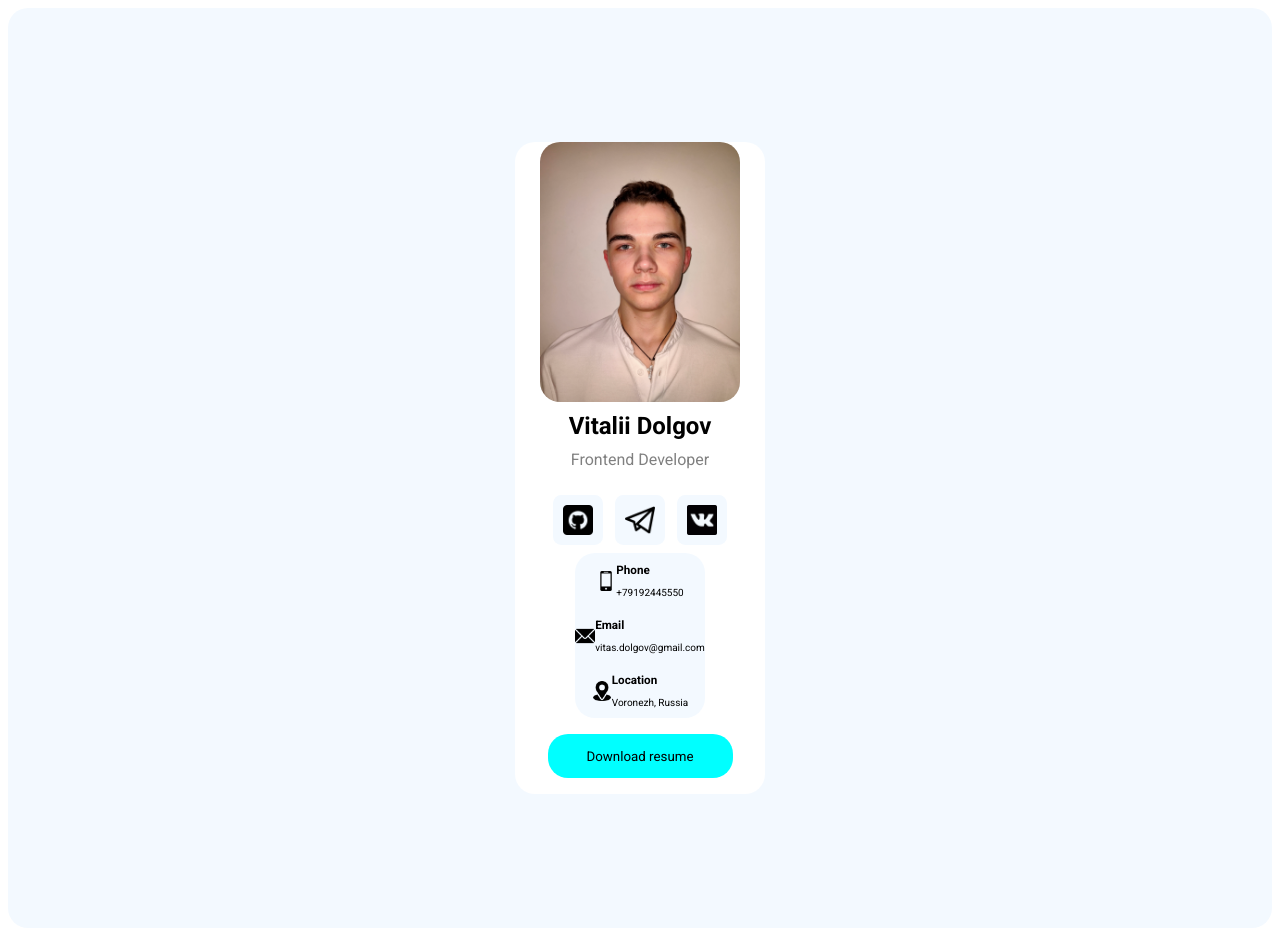
Repository: VitasYo/User_card
Page: src/index.html
These files come from the project's save history. The page is drawn as it stood at one moment and after a run of saves; the edit follows.
The browser window is 1280 px wide. The pictures show the whole page.

Above is the page before, as saved 2024-04-09 23:24:12.

### src/index.html
<!DOCTYPE html>
<html lang="ru">
  <head>
    <meta charset="UTF-8" />
    <meta name="viewport" content="width=device-width, initial-scale=1.0" />
    <title>First html</title>
    <link rel="stylesheet" href="../assets/css/index.css" />
    <script src="script.js"></script>
  </head>
  <body>
    <section class="container">
      <div class="container_card">
        <img class="avatar" src="../assets/img/Фото.jpg" alt="" />
        <div class="user-info">
          <h1>Vitalii Dolgov</h1>
          <div class="position">Frontend Developer</div>
        </div>
        <div>
          <a href="#"
            ><img class="icon" src="../assets/img/github.png" alt="github"
          /></a>
          <a href="#"
            ><img class="icon" src="../assets/img/telegram.png" alt="telegram"
          /></a>
          <a href="#"
            ><img class="icon" src="../assets/img/vk.png" alt="vk"
          /></a>
        </div>
        <div class="items_card">
          <div class="items_string">
            <img class="card_icon" src="../assets/img/phone.png" />
            <div class="card_info">
              <div><h3>Phone</h3></div>
              <div><p>+79192445550</p></div>
            </div>
          </div>
          <div class="items_string">
            <img class="card_icon" src="../assets/img/email.png" />
            <div class="card_info">
              <div><h3>Email</h3></div>
              <div><p>vitas.dolgov@gmail.com</p></div>
            </div>
          </div>
          <div class="items_string">
            <img class="card_icon" src="../assets/img/location.png" />
            <div class="card_info">
              <div><h3>Location</h3></div>
              <div><p>Voronezh, Russia</p></div>
            </div>
          </div>
        </div>
        <button class="button">Download resume</button>
      </div>
    </section>
  </body>
</html>

### assets/css/index.css
@import url("https://fonts.googleapis.com/css2?family=Roboto:ital,wght@0,100;0,300;0,400;0,500;0,700;0,900;1,100;1,300;1,400;1,500;1,700;1,900&display=swap");
* {
  font-family: "Roboto", sans-serif;
}

.container h1 {
  margin-top: 10px;
  margin-bottom: 0;
}

.container h3 {
  margin-top: 10px;
  margin-bottom: 0;
}

.container {
  display: flex;
  flex-direction: column;
  align-items: center;
  background-color: rgb(243, 249, 255);
  border-radius: 20px;
  height: 920px;
  justify-content: center;
}

.container_card {
  display: flex;
  flex-direction: column;
  align-items: center;
  background-color: white;
  border-radius: 20px;
  width: 250px;
}

.position {
  color: gray;
}

.avatar {
  width: 200px;
  height: 260px;
  border-radius: 20px;
}

.user-info {
  margin-bottom: 22px;
  display: flex;
  flex-direction: column;
  align-items: center;
  gap: 10px;
}

.icon {
  width: 30px;
  height: 30px;
  padding: 10px;
  background-color: rgb(243, 249, 255);
  border-radius: 8.27px;
  margin: 4px;
}

.card_icon {
  width: 20px;
  height: 20px;
}

.items_card {
  background-color: rgb(243, 249, 255);
  border-radius: 20px;
}

.items_string {
  justify-content: center;
  align-items: center;
  display: flex;
  border-bottom: 1px;
  border-width: 1px;
}

.card_info {
  font-size: 10px;
}

.button {
  margin: 16px 0;
  background-color: aqua;
  border-radius: 20px;
  border-width: 0;
  width: 185px;
  height: 44px;
  cursor: pointer;
}

Loaded but not shown: src/script.js (no stored copy; drawn as an empty file)

After the next 4 saves:
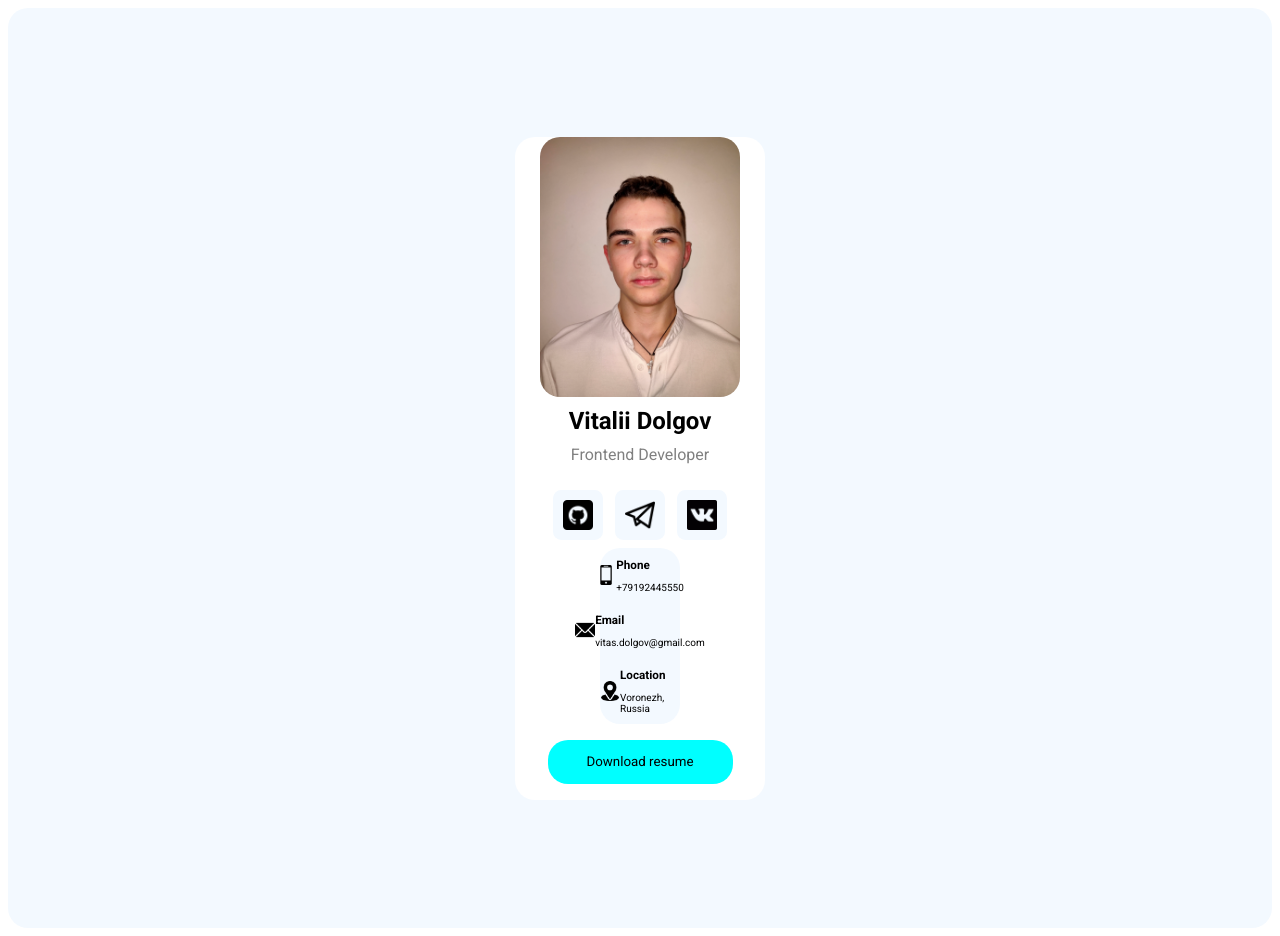
The 4 saves are shown as one change because they came seconds apart.
The last was saved 21 s later.
--- a/assets/css/index.css
+++ b/assets/css/index.css
@@ -67,6 +67,7 @@
 .items_card {
   background-color: rgb(243, 249, 255);
   border-radius: 20px;
+  width: 80px;
 }
 
 .items_string {

After the save that followed:
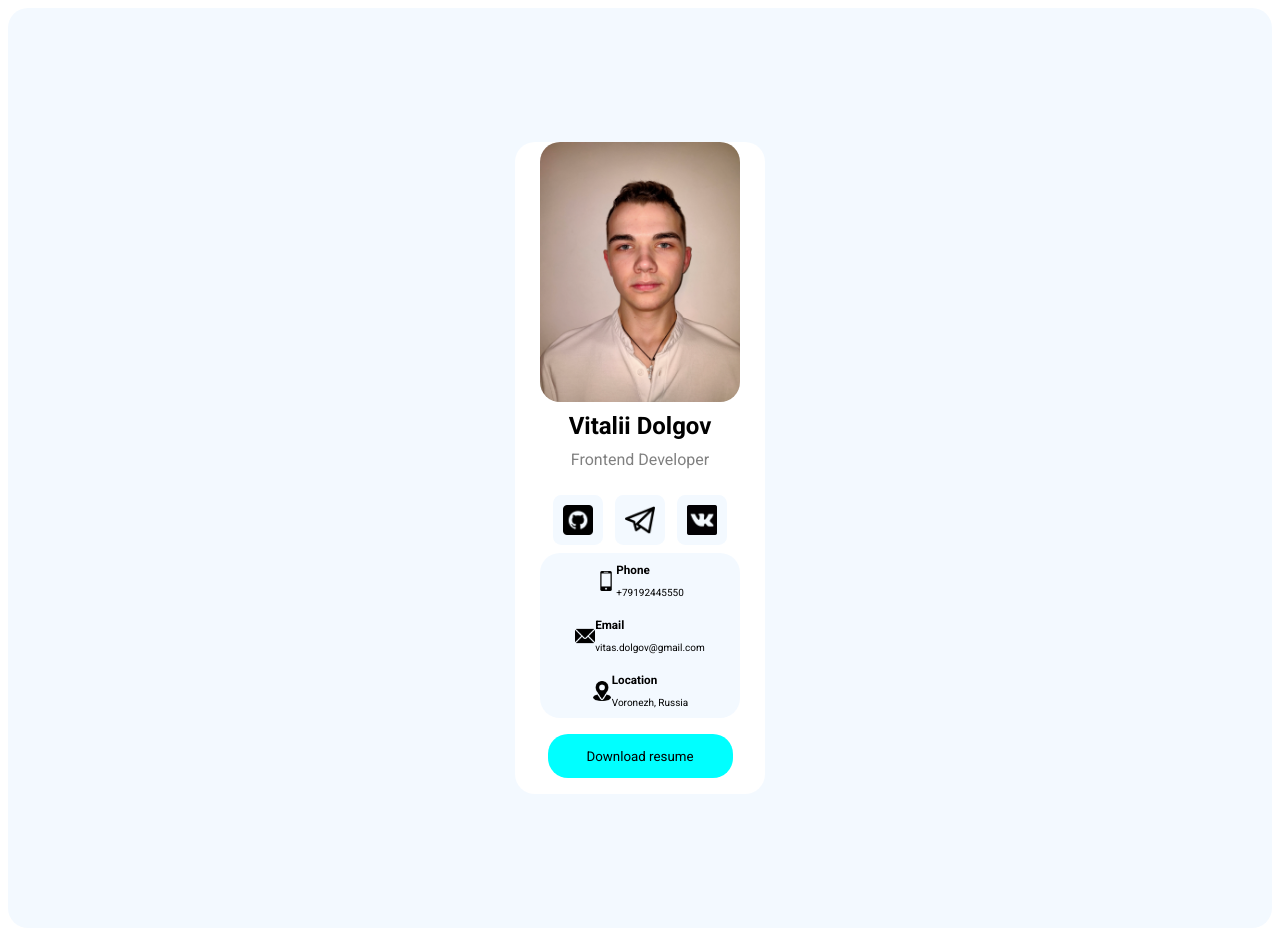
Saved 6 s later.
--- a/assets/css/index.css
+++ b/assets/css/index.css
@@ -67,7 +67,7 @@
 .items_card {
   background-color: rgb(243, 249, 255);
   border-radius: 20px;
-  width: 80px;
+  width: 200px;
 }
 
 .items_string {
